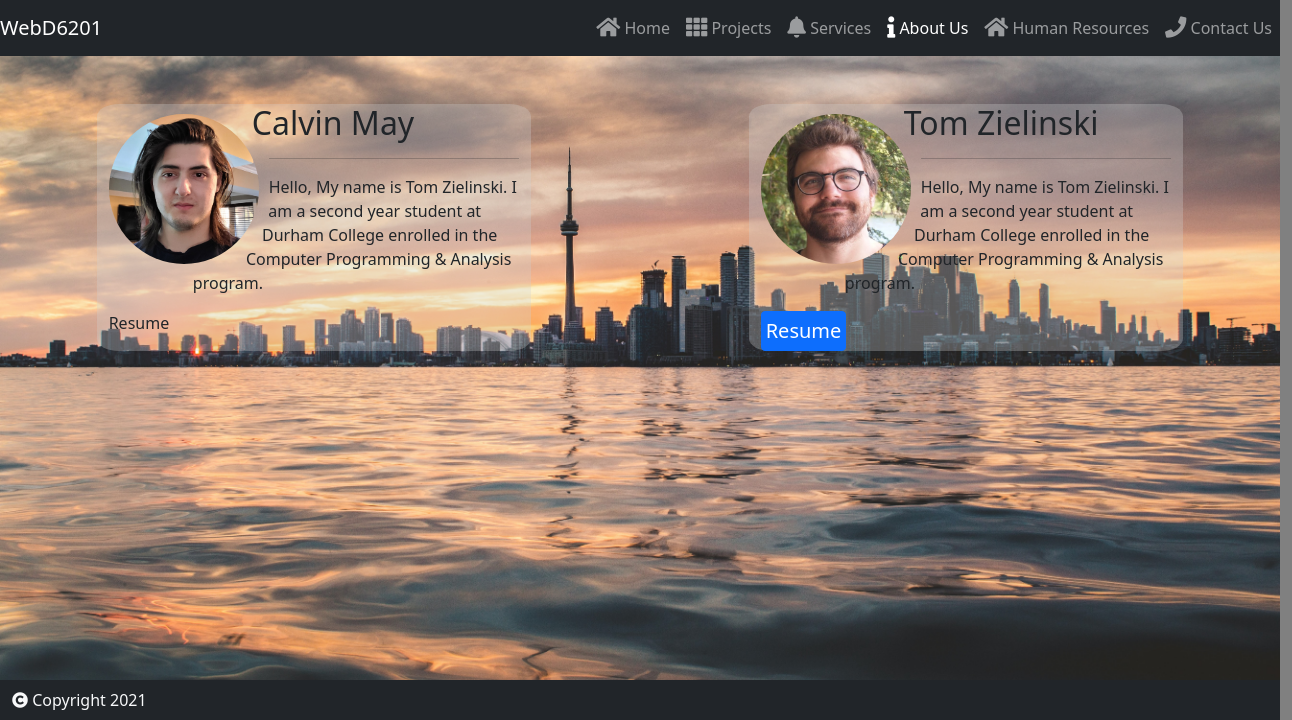
Repository: Tomelinski/Webd6201-Lab02
Page: about.html
These files come from the project's save history. The page is drawn as it stood at one moment and after the next save; the edit follows.
The browser window is 1280 px wide. The page is 1292 px wide, so the pictures cover 1292 px, including what lies to the right of the window. The pictures show the whole page.

Above is the page before, as saved 2021-02-05 19:27:20.

### about.html
<!-- Author(s): Tom Zielinski,
 *              Calvin May
 *
 *   Date: 02/02/2021 | Last Modified: 02/03/2021
 *   Document: about.html
 *   Description: ...
-->
<!DOCTYPE html>
<html lang="en">
<head>
    <meta charset="UTF-8">
    <meta name="viewport" content="width=device-width, initial-scale=1.0">
    <title>About</title>
    <!-- -->
    <link rel="stylesheet" href="./node_modules/bootstrap/dist/css/bootstrap.min.css">
    <link rel="stylesheet" href="./node_modules/@fortawesome/fontawesome-free/css/all.min.css">
    <link rel="stylesheet" href="./Content/app.css">

</head>
<body>
      <!-- Main header -->
      <header>
        <!-- Main Nav -->
          <nav class="navbar navbar-expand-lg navbar-dark bg-dark ">
              <a class="navbar-brand" href="./index.html">WebD6201</a>
              <button class="navbar-toggler" type="button" data-toggle="collapse" data-target="#navbarSupportedContent" aria-controls="navbarSupportedContent" aria-expanded="false" aria-label="Toggle navigation">
                <span class="navbar-toggler-icon"></span>
              </button>

              <div class="collapse navbar-collapse" id="navbarSupportedContent">
                <ul id="pageList" class="navbar-nav ms-auto mb-2 mb-lg-0">
                  <li class="nav-item ">
                    <a class="nav-link" aria-current="page" href="index.html"><i class="fas fa-home fa-lg"></i> Home</a>
                  </li>

                  <li class="nav-item">
                      <a id="projects" class="nav-link" aria-current="page" href="products.html"><i class="fas fa-th fa-lg"></i> Products</a>
                  </li>

                  <li class="nav-item">
                      <a class="nav-link" aria-current="page" href="services.html"><i class="fas fa-bell fa-lg"></i> Services</a>
                  </li>

                  <li class="nav-item">
                      <a class="nav-link active" aria-current="page" href="about.html"><i class="fas fa-info fa-lg"></i> About Us</a>
                  </li>

                  <li class="nav-item">
                      <a class="nav-link" aria-current="page" href="contact.html"><i class="fas fa-phone fa-lg"></i> Contact Us</a>
                  </li>
                </ul>
              </div>
            </nav>
      </header>

      <main>
        <div class="container"></div>
          <div class="row justify-content-around">
            <div id="about-calvin" class="col-4 mt-5 about-background">

            </div>
            <div id="about-tom" class="col-4 mt-5 about-background">

            </div>
          </div>
        </div>
      </main>

    <!-- Script section -->
    <script src="./node_modules/jquery/dist/jquery.min.js"></script>
    <script src="./node_modules/bootstrap/dist/js/bootstrap.bundle.min.js"></script>
    <script src="./Scripts/app.js"></script>
</body>

</html>

### Content/app.css
/* Author(s): Tom Zielinski,
 *              Calvin May
 *
 *   Date: 02/02/2021 | Last Modified: 02/03/2021
 *   Document: Services.html
 *   Description: ...
*/
/* Custom css page */
body{
    width:100vw;
    height:100vh;
    background: url("../Pictures/Toronto.jpg") no-repeat center center fixed;
    -webkit-background-size: cover;
    -moz-background-size: cover;
    -o-background-size: cover;
    background-size: cover;
    overflow-x: hidden;
    margin:0px;
    min-height:100%;
    background-color: gray;
}

.headshot-portrait{
    width: 150px;
    height: 150px;
    border-radius: 50%;
    float: left;
    shape-outside: circle();
    margin: 10px 10px 15px 0px;
}

.about-background{
    background: rgba(210, 210, 210, 0.3);
    border-radius: 5%;

}

### Scripts/app.js
/** Author(s): Tom Zielinski,
 *             Calvin May
 *
 *  Date: 02/02/2021 | Last Modified: 02/03/2021
 *  Document: app.js
 *  Description: ...
 */

/** Custom JavaScript Page */

/** IFFE Function */
(() => {

    // Declarations
    let mainContent = document.getElementsByTagName("main")[0]; // Holds the <main> element


    // First Fix the upper, lower navbars. Ensuring they display properly
    fixNavBars();

    /** Web Application Startup Functions */
    /** Start() - Lets the application know which content to load
     *          based on the title of the document.
    */
    function Start() {
        console.log("Web App Started.");``


        // A switch case used to figure out which page is being loaded.
        switch (document.title) {
            case "Home":
                displayHomePage();
                break;
            case "About":
                displayAboutPage();
                break;
            case "Contact":
                displayContactPage();
                break;
            case "Projects":
                displayProjectsPage();
                break;
            case "Services":
                displayServicesPage();
                break;
            case "Human Resources":
                displayHumanResourcesPage();
                break;
        }

    }

    /** Display Page Content Functions */
    /** displayHomePage() - Loads the Content for index.html */
    function displayHomePage() {

        let newParagraph = document.createElement("p");
        newParagraph.setAttribute("id", "paragraphOne");
        newParagraph.className = "fs-6 col col-md-4 mt-5 m-auto px-4 border border-dark border-4 rounded";
        newParagraph.textContent = "Welcome to Cavlin May's and Tom Zielinski's Webd6201 Lab01 webpage.";

        mainContent.appendChild(newParagraph);
    }

    /** displayAboutPage() - Loads the Content for about.html */
    function displayAboutPage() {

        // About Tom Content
        //-Create Elements for About Tom
        let aboutTomDiv = document.getElementById("about-tom");
        let tomHeading = document.createElement("h2");
        let pic = document.createElement("img");
        let aboutTom = document.createElement("p");
        let tomResume = document.createElement("a");

        // Set the Attributes, html, and Content for Toms Elements
        tomHeading.textContent = "Tom Zielinski";
        pic.setAttribute("src", "../Pictures/Tom.jpeg");
        pic.setAttribute("class", "headshot-portrait");
        pic.setAttribute("alt", "Headshot of Tom");
        aboutTom.innerHTML = `<hr/><p>Hello, My name is Tom Zielinski. I am a second year student at Durham College enrolled in the Computer Programming & Analysis program.</p>`;
        tomResume.setAttribute("href", "../files/resumes/Tom_Resume.pdf");
        tomResume.setAttribute("download", "");
        tomResume.setAttribute("class", "btn btn-primary p-1 rounded rounded-2 navbar-brand");
        tomResume.textContent = "Resume";

        // Insert the Elements within the about-tom div
        aboutTomDiv.appendChild(pic);
        aboutTomDiv.appendChild(tomHeading);
        aboutTomDiv.appendChild(aboutTom);
        aboutTomDiv.appendChild(tomResume);

        // About Calvin Content
        //-Create Elements for About Calvin
        let aboutCalvinDiv = document.getElementById("about-calvin");
        let calvinHeading = document.createElement("h2");
        let calvinPortrait = document.createElement("img");
        let aboutCalvin = document.createElement("p");
        let calvinResume = document.createElement("a");

        // Set the Attributes, html, and Content for Toms Elements
        calvinHeading.textContent = "Calvin May";
        calvinPortrait.setAttribute("src", "../Pictures/Calvin.jpg");
        calvinPortrait.setAttribute("class", "headshot-portrait");
        calvinPortrait.setAttribute("alt", "Headshot of Tom");
        aboutCalvin.innerHTML = `<hr/><p>Hello, My name is Tom Zielinski. I am a second year student at Durham College enrolled in the Computer Programming & Analysis program.</p>`;
        calvinResume.textContent = "Resume";

        // Insert the Elements within the about-tom div
        aboutCalvinDiv.appendChild(calvinPortrait);
        aboutCalvinDiv.appendChild(calvinHeading);
        aboutCalvinDiv.appendChild(aboutCalvin);
        aboutCalvinDiv.appendChild(calvinResume);
    }

    /** displayContactPage() - Loads the Content for contact.html */
    function displayContactPage() {

    }

    /** displayProjectsPage() - Loads the Content for projects.html */
    function displayProjectsPage() {

    }

    /** displayServicesPage() - Loads the Content for services.html */
    function displayServicesPage() {

    }

    /** displayHumanResourcesPage() - Loads the Content for human_resources.html */
    function displayHumanResourcesPage() {


    }

    /**
     * fixNavBars() - This Function is used to finish creating the Header/Footer Navbars
     *              using DOM Manipulation and Injection. First it fixes the "Products"
     *              NavBar link to correctly show, "Projects" and link to the projects.html
     *              page. It also Insert a new NavBar link, "Human Recources" between
     *              "About us" and "Contact Us" links. Finally, it adds a footer to the
     *              bottom of the page.
     */
    function fixNavBars()
    {
        // Fix the "Products" Nav item
        let projectPageAnchor = document.getElementById("projects");    // Get the Nav item Anchor tag by id
        projectPageAnchor.setAttribute("href", "projects.html");        // Correctly set the Hypertext Reference attribute
        projectPageAnchor.innerHTML = "<i class=\"fas fa-th fa-lg\"></i> Projects"; // Correctly set the text to indicate a project page

        // Insert a Nav item for Human Resources
        let navBarItemList = document.getElementById("pageList");  // Get the <ul> holding the Page links
        let humanResourcesListItem = document.createElement("li"); // Create a new list Item
        humanResourcesListItem.setAttribute("class", "nav-item");  // Set the class of the list item to "nav-item"
        // Create the anchor that will exist within the humanResourcesListItem
        let hrListItemData = '<a class="nav-link" aria-current="page" ' +
                             'href="human_resources.html"><i class="fas fa-home fa-lg"></i> Human Resources</a>';
        // Set the innerHtml with the data above
        humanResourcesListItem.innerHTML = hrListItemData;
        // Insert the new listitem before the 8th child within the <ul>
        //-(8th because it counts both the <li> elements and the <a> elements within)
        navBarItemList.insertBefore(humanResourcesListItem, navBarItemList.childNodes[8]);


        // Insert a new footer NavBar
        let footerData = "";    // A variable to hold the html code for the footers navBar
        // Create the footer element
        let pageFooter = document.createElement("footer");
        // Insert the new footer element before the "next" sibling of <main>
        //-Reads as <body>.insertBefore(pageFooter, elementAfterMain)
        mainContent.parentNode.insertBefore(pageFooter, mainContent.nextSibling);

        footerData = '<nav class="navbar fixed-bottom navbar-dark bg-dark"> ' +
                     '<div class="container-fluid"> ' +
                     '<h7 class="text-light"><i class="fas fa-copyright text-light"></i> Copyright 2021</h7> ' +
                     '</div> ' +
                     '</nav> ';
        pageFooter.innerHTML = footerData;

    }

    // Add an event listener for the load event (Page load).
    //-Call the Start() function so that we can display page
    //-specific content
    window.addEventListener("load", Start);

})();

Loaded but not shown: node_modules/bootstrap/dist/css/bootstrap.min.css (library); node_modules/@fortawesome/fontawesome-free/css/all.min.css (library); node_modules/jquery/dist/jquery.min.js (library); node_modules/bootstrap/dist/js/bootstrap.bundle.min.js (library)

After the next save:
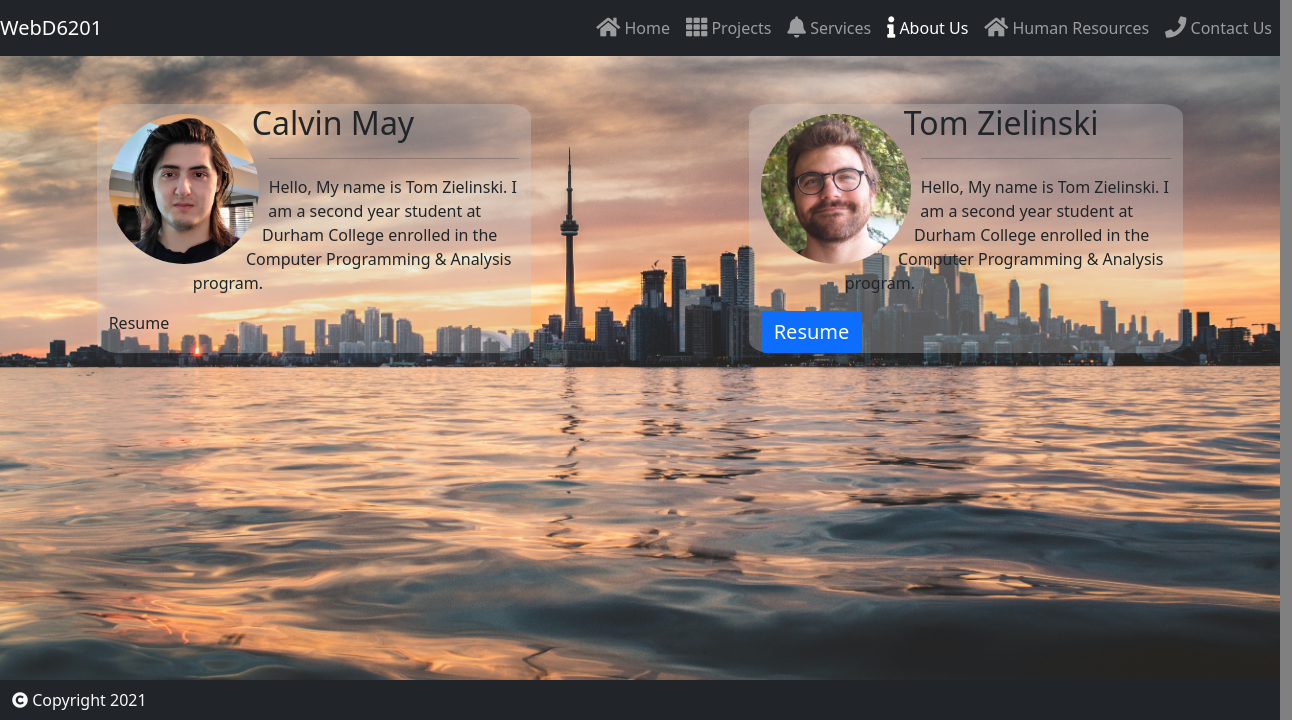
Saved 5 s later.
--- a/Scripts/app.js
+++ b/Scripts/app.js
@@ -81,7 +81,7 @@
         aboutTom.innerHTML = `<hr/><p>Hello, My name is Tom Zielinski. I am a second year student at Durham College enrolled in the Computer Programming & Analysis program.</p>`;
         tomResume.setAttribute("href", "../files/resumes/Tom_Resume.pdf");
         tomResume.setAttribute("download", "");
-        tomResume.setAttribute("class", "btn btn-primary p-1 rounded rounded-2 navbar-brand");
+        tomResume.setAttribute("class", "btn btn-primary rounded rounded-2 navbar-brand");
         tomResume.textContent = "Resume";
 
         // Insert the Elements within the about-tom div

After the save that followed:
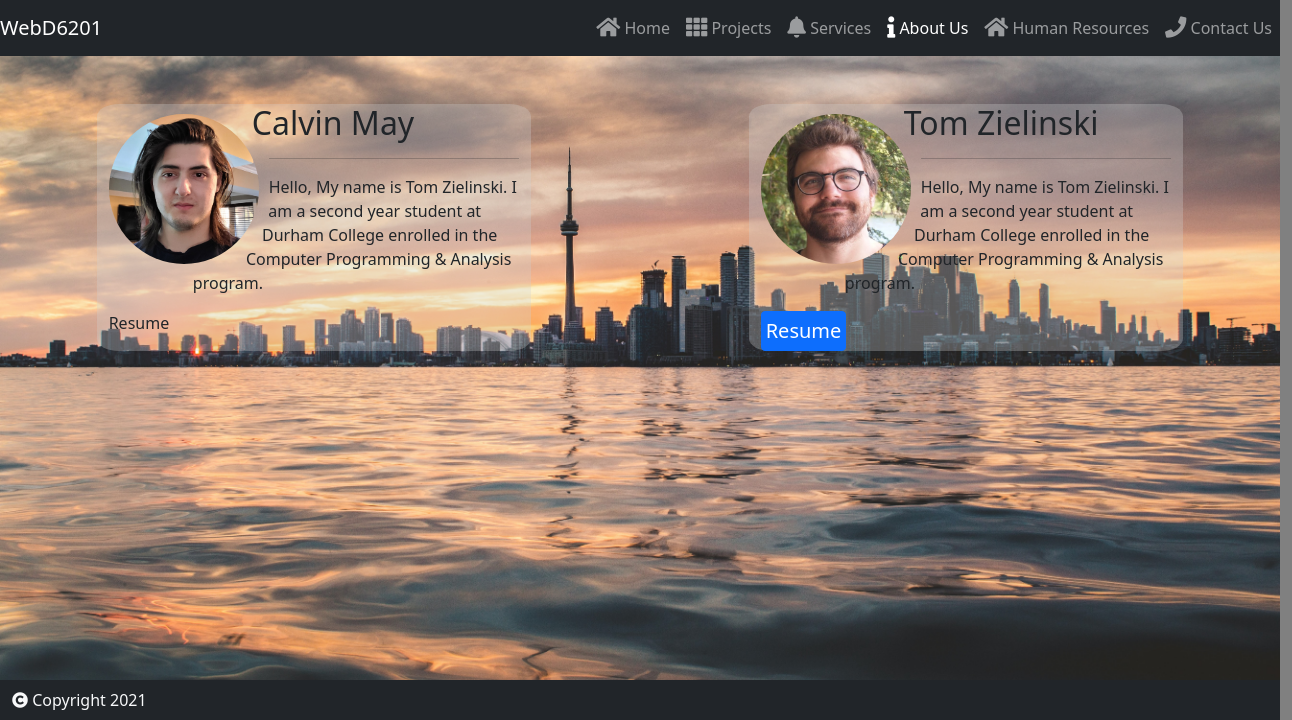
Saved 7 s later.
--- a/Scripts/app.js
+++ b/Scripts/app.js
@@ -81,7 +81,7 @@
         aboutTom.innerHTML = `<hr/><p>Hello, My name is Tom Zielinski. I am a second year student at Durham College enrolled in the Computer Programming & Analysis program.</p>`;
         tomResume.setAttribute("href", "../files/resumes/Tom_Resume.pdf");
         tomResume.setAttribute("download", "");
-        tomResume.setAttribute("class", "btn btn-primary rounded rounded-2 navbar-brand");
+        tomResume.setAttribute("class", "btn btn-primary p-1  rounded rounded-2 navbar-brand");
         tomResume.textContent = "Resume";
 
         // Insert the Elements within the about-tom div
